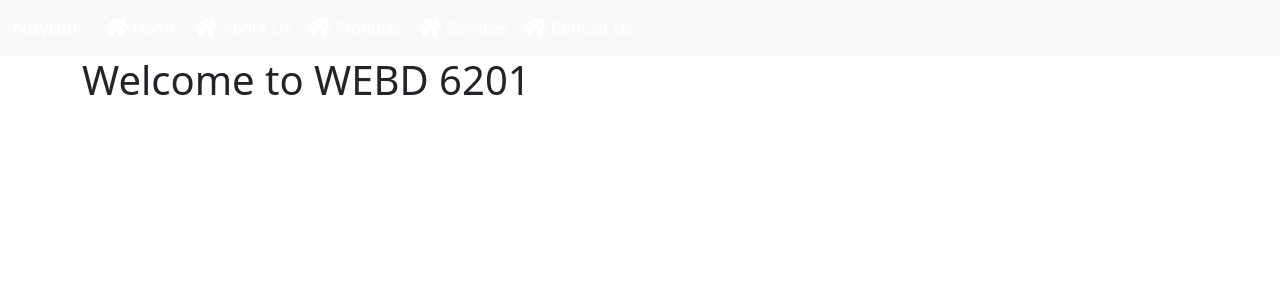
Repository: AshokSasi/WEBD6201-Week3
Page: index.html
These files come from the project's save history. The page is drawn as it stood at one moment and after the next save; the edit follows.
The browser window is 1280 px wide. The pictures show the whole page.

Above is the page before, as saved 2021-01-20 09:10:16.

After the next save:
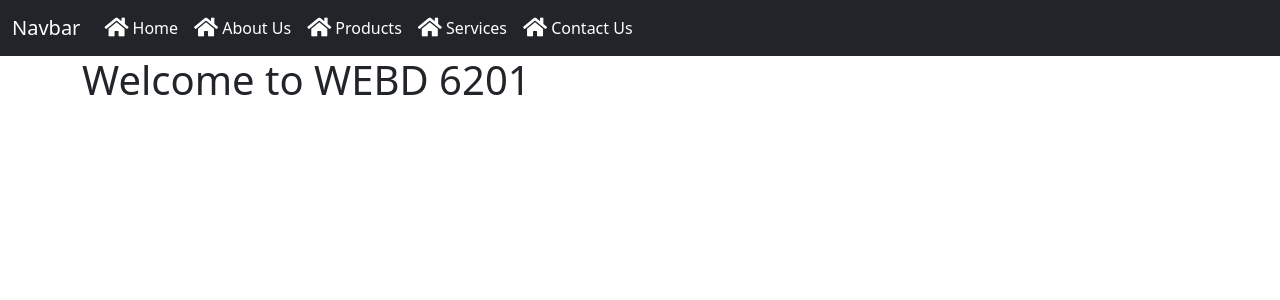
Saved 5 s later.
--- a/index.html
+++ b/index.html
@@ -11,7 +11,7 @@
 </head>
 <body>
     <header>
-        <nav class="navbar navbar-expand-lg navbar-dark bg-light">
+        <nav class="navbar navbar-expand-lg navbar-dark bg-dark">
             <div class="container-fluid">
               <a class="navbar-brand" href="#">Navbar</a>
               <button class="navbar-toggler" type="button" data-bs-toggle="collapse" data-bs-target="#navbarSupportedContent" aria-controls="navbarSupportedContent" aria-expanded="false" aria-label="Toggle navigation">
